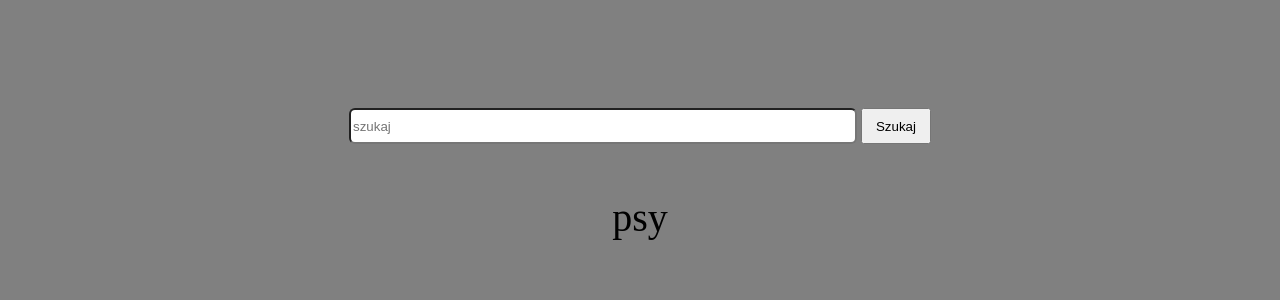
Repository: kq333/wyszukiarka-filmowa
Page: index.html
These files come from the project's save history. The page is drawn as it stood at one moment and after the next save; the edit follows.
The browser window is 1280 px wide. The pictures show the whole page.
The style sheet was rebuilt from its Sass, Less or Tailwind sources for each picture, by a compiler version that may differ from the author's.

Above is the page before, as saved 2021-01-20 12:43:37.

### index.html
<!DOCTYPE html>
<!--[if lt IE 7]>      <html class="no-js lt-ie9 lt-ie8 lt-ie7"> <![endif]-->
<!--[if IE 7]>         <html class="no-js lt-ie9 lt-ie8"> <![endif]-->
<!--[if IE 8]>         <html class="no-js lt-ie9"> <![endif]-->
<!--[if gt IE 8]>      <html class="no-js"> <!--<![endif]-->
<html>
    <head>
        <meta charset="utf-8">
        <meta http-equiv="X-UA-Compatible" content="IE=edge">
        <title></title>
        <meta name="description" content="">
        <meta name="viewport" content="width=device-width, initial-scale=1">
        <link rel="stylesheet" href="style/style.css">
    </head>


    <body>
        <!--[if lt IE 7]>
            <p class="browsehappy">You are using an <strong>outdated</strong> browser. Please <a href="#">upgrade your browser</a> to improve your experience.</p>
        <![endif]-->

        <main>
            <div id="container">
                    <div class="searchBar">
                        <input id="search" type="text" placeholder="szukaj" onfocus="this.value=''">
                        <button id="btn">Szukaj</button>
                    </div>

                        <div class="movieTitle">psy</div>

                            <div class="mainContent">
                                <div class="leftSide">
                                    <div class="poster"></div>
                                </div>

                                    <div class="rightSide">
                                        <div class="director">
                                            <span class="Name"></span>
                                            <span class="DirectorName"></span>
                                        </div>
                                            <div class="Actors">
                                                <span class="Name"></span>
                                                <span class="ActorsName"></span>
                                            </div>
                                                <div class="Country">
                                                    <span class="Name"></span>
                                                    <span class="CountryName"></span>
                                                </div>
                                                    <div class="Year">
                                                        <span class="Name"></span>
                                                        <span class="YearName"></span>
                                                    </div>
                                                        <div class="Genre">
                                                            <span class="Name"></span>
                                                            <span class="GenreName"></span>
                                                        </div>
                                                            <div class="Plote">
                                                                <span class="Name"></span>
                                                                <span class="PloteName"></span>
                                                            </div>
                                    </div>
                            </div>
            </div>

            <footer>
                <div class="description"></div>
            </footer>
        </main>

        <script src="script.js" async>

        </script>
    </body>
</html>

### script.js
const btn = document.getElementById("btn");



btn.addEventListener('click', ()=>{

 document.getElementById("image").innerHTML ="";


 const search = document.getElementById("search").value;

 const url =   'http://www.omdbapi.com/?apikey=7bd5b2c8&t=';

//   const url = 'http://api.tvmaze.com/search/shows?q=';


  const result  = url + search;
  fetch(result)

  .then((res)=>{
      return res.json();
  })
  .then((data)=>{
     document.getElementById("demo").innerHTML = data.Title;
      console.log(data)
      console.log(data.Actors)
      console.log(data.Poster)
      let poster = data.Poster

      imageCreate = () =>{
          const elem = document.createElement("img")
          document.getElementById("image").appendChild(elem);
          elem.src = poster;
      }
      imageCreate();



  })
})

### style/style.scss
body{
    background-color: grey;
}

#container{
    width:1000px;
    height: auto;
    margin:auto;
    display:grid;
    grid-template-columns: auto;
    grid-template-areas:"searchBar"
                        "movieTitle"

                        ;





.searchBar{
    grid-area:searchBar;
    margin:auto;
    margin-top:100px;

    #search{
        width: 500px;
        height: 30px;
        border-radius: 6px;
    }

    #btn{
        width: 70px;
        height: 36px;
    }


}

.movieTitle{
    grid-area: movieTitle;
    margin:auto;
    margin-top:50px;
    font-size: 40px;
}












}

After the next save:
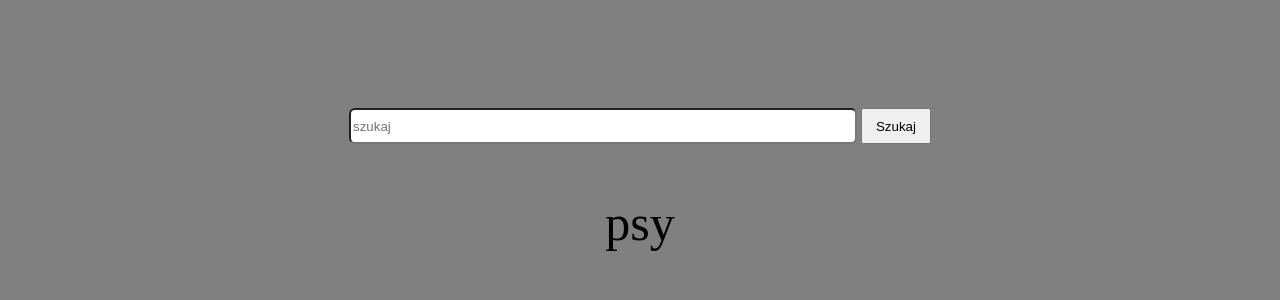
Saved 13 s later.
--- a/style/style.scss
+++ b/style/style.scss
@@ -40,7 +40,7 @@ body{
     grid-area: movieTitle;
     margin:auto;
     margin-top:50px;
-    font-size: 40px;
+    font-size: 50px;
 }
 
 
